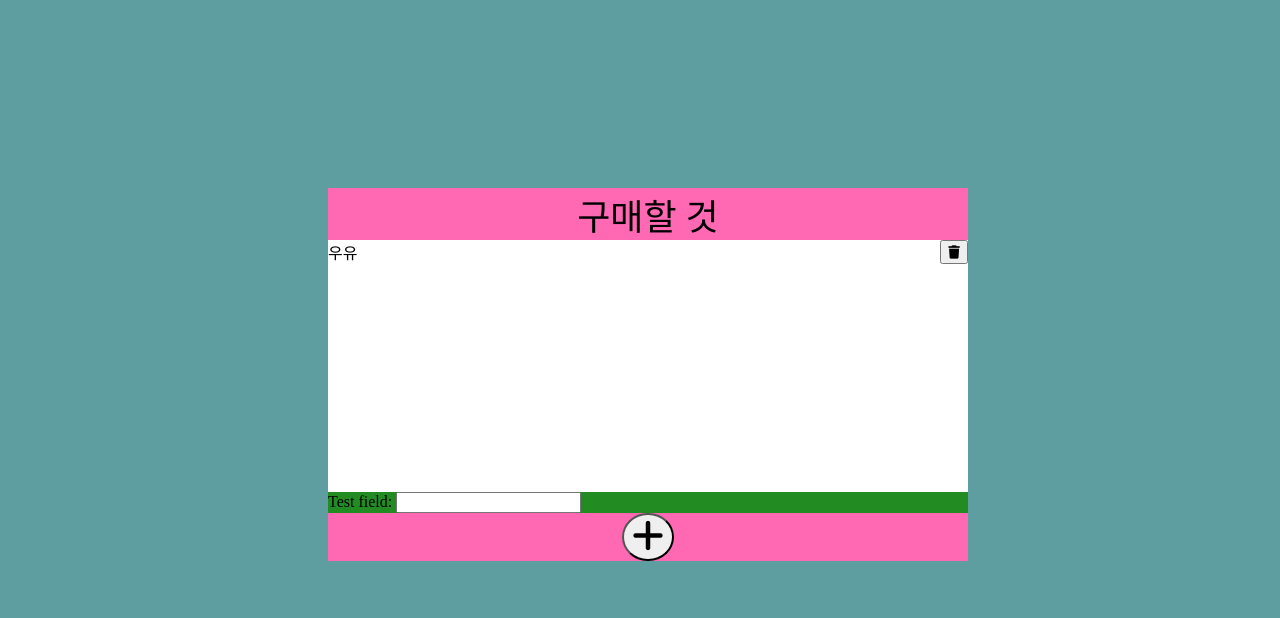
Repository: GoodHoneyCake/Dream_Coding_Academy5
Page: shopping_list/index.html
The author's editor kept a copy of each file at every save. The page is drawn from the files as they stood at one save, then again after the next save.
The browser window is 1280 px wide. The pictures show the whole page.
Some web libraries are served in a nearby version.

Above is the page before, as saved 2021-01-29 17:28:16.
Console error: TypeError: Cannot read properties of null (reading 'addEventListener')

### shopping_list/index.html
<!DOCTYPE html>
<html lang="en">
  <head>
    <meta charset="UTF-8" />
    <meta name="viewport" content="width=device-width, initial-scale=1.0" />
    <title>Document</title>
    <script
      src="https://kit.fontawesome.com/c90a48a564.js"
      crossorigin="anonymous"
    ></script>
    <link rel="stylesheet" href="style.css" />
    <script src="main.js" defer></script>
  </head>
  <body>
    <section class="shopping-list">
      <header class="header">
        <span class="header__title">구매할 것</span>
      </header>
      <ul class="list">
        <li class="list__item">
          <span class="title">우유</span>
          <button class="remove-btn">
            <i class="fas fa-trash"></i>
          </button>
        </li>
      </ul>
      <form id="form">
        <label>Test field: <input type="text"></label>
      <footer class="footer">
        <button class="footer__btn">
          <i class="fas fa-plus"></i>
        </button>
      </footer>
    </section>
  </body>
</html>

### shopping_list/style.css
* {
  box-sizing: border-box;
}

html {
  width: 100%;
  height: 100%;
}

body {
  background-color: cadetblue;
  width: 50%;
  height: 50%;
}

.shopping-list {
  width: 100%;
  height: 100%;
  background-color: forestgreen;
  transform: translate(50%, 50%);
}

.header {
  background-color: hotpink;
  display: flex;
  justify-content: center;
}

.header__title {
  font-size: 36px;
}

.list {
  background-color: white;
  height: 70%;
  margin: 0;
  padding: 0;
  list-style: none;
}

.list__item {
  display: flex;
  justify-content: space-between;
}

.input {
  width: 100%;
}

.footer {
  background-color: hotpink;
  height: 15%;
  display: flex;
  justify-content: center;
}
.footer__btn {
  border-radius: 50%;
  width: 8%;
  font-size: 36px;
}

### shopping_list/main.js
const input = document.querySelector(".input");
input.addEventListener("submit", () => {
  console.log("aa");
});

After the next save:
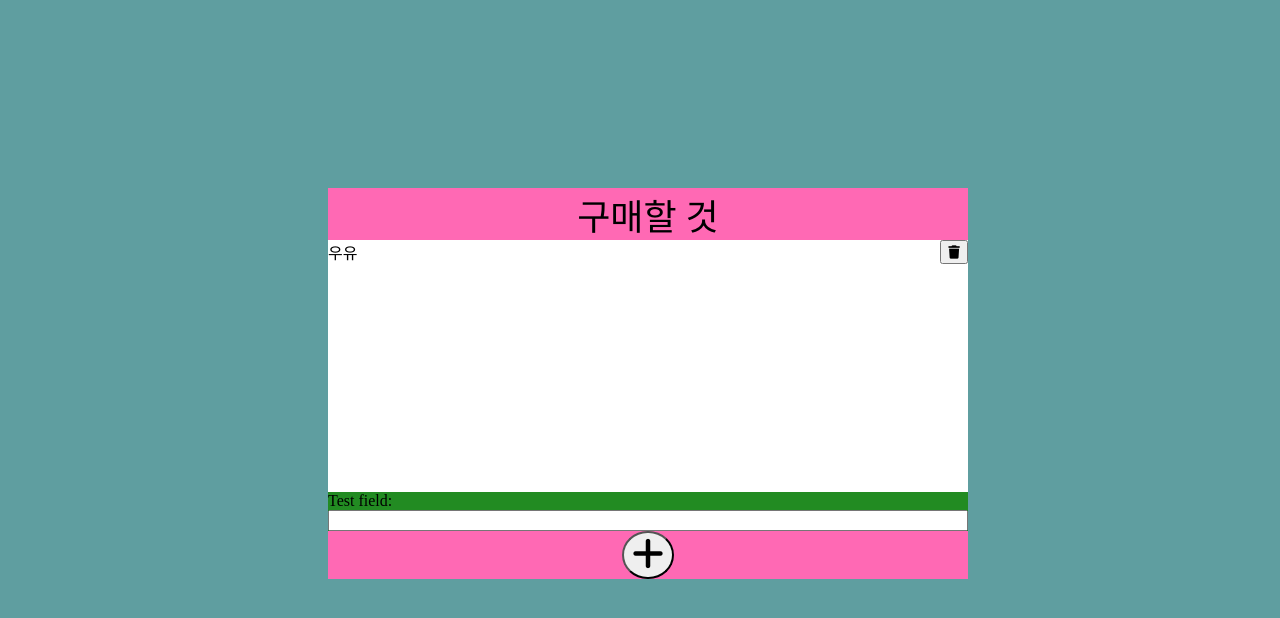
Saved 10 s later.
--- a/shopping_list/style.css
+++ b/shopping_list/style.css
@@ -43,7 +43,7 @@ body {
   justify-content: space-between;
 }
 
-.input {
+input {
   width: 100%;
 }
 
